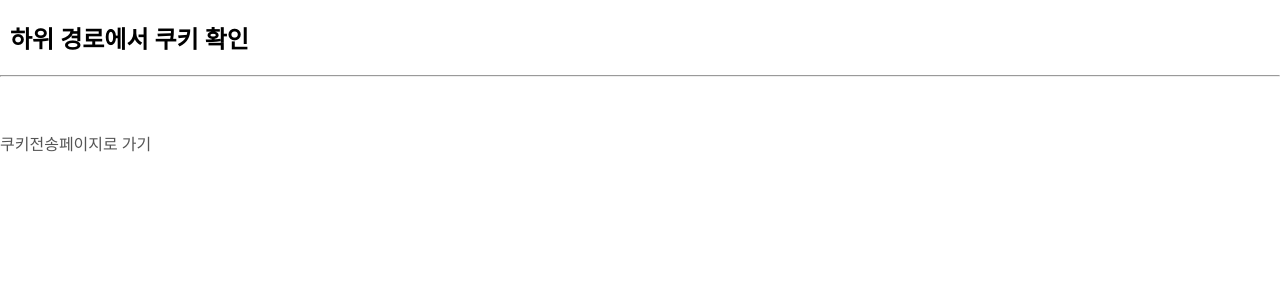
Repository: hyunh84/jsp_study
Page: http://localhost/Day07/dw/j04_dw04.jsp
The author's editor kept a copy of each file at every save. The page is drawn from the files as they stood at one save, then again after the next save.
The browser window is 1280 px wide. The pictures show the whole page.
The page is served by Tomcat 9. Other server files are loaded and not shown.

Above is the page before, as saved 2015-10-10 02:43:37.

### MyWorks/Day07/WebContent/dw/j04_dw04.jsp
<%@ page language="java" contentType="text/html; charset=utf-8"
    pageEncoding="utf-8"%>
<!DOCTYPE html>
<html>
<head>
<meta charset="utf-8">
<title>Insert title here</title>
<style type="text/css">
	* {margin:0; padding:0;}
	a {color:#555; text-decoration:none;}
	a:hover {color:blue; text-decoration:underline;}
	h2 {padding:20px 10px;}
	table {border-collapse:collapse; }
	table th {padding:5px; border:1px solid #777;}
	table td {padding:5px; border:1px solid #777;}
</style>
</head>
<body>
	<h2>하위 경로에서 쿠키 확인</h2>
	<hr />

	<%

		 Cookie[] cks = request.getCookies();

		String res = "";

		if(cks != null) {

			for(Cookie each: cks) {

				res += each.getName() + ", " + each.getValue() + "<br />";

			}

		}

	%>

	<%=res %>
	<br /><br /><br />

	<a href="/Day07/j04_up01.jsp">쿠키전송페이지로 가기</a>













</body>
</html>

After the next save:
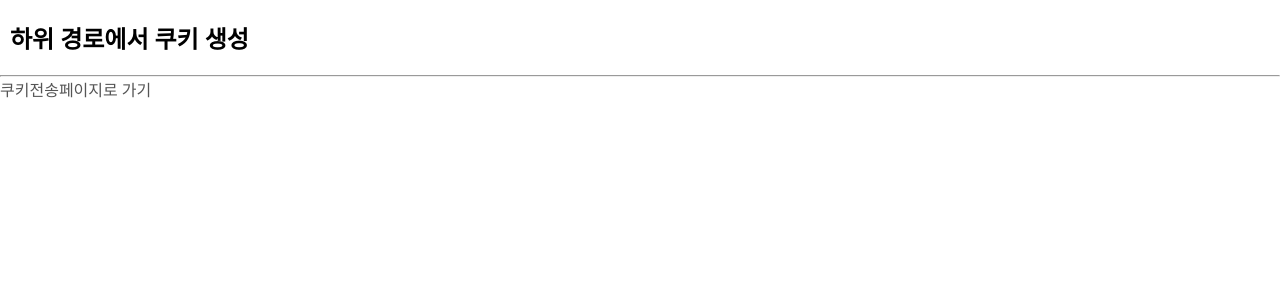
Saved 5 min 36 s later.
--- a/MyWorks/Day07/WebContent/dw/j04_dw04.jsp
+++ b/MyWorks/Day07/WebContent/dw/j04_dw04.jsp
@@ -16,29 +16,14 @@
 </style>
 </head>
 <body>
-	<h2>하위 경로에서 쿠키 확인</h2>
+	<h2>하위 경로에서 쿠키 생성</h2>
 	<hr />
 
 	<%
 
-		 Cookie[] cks = request.getCookies();
-
-		String res = "";
-
-		if(cks != null) {
-
-			for(Cookie each: cks) {
-
-				res += each.getName() + ", " + each.getValue() + "<br />";
-
-			}
-
-		}
 
 	%>
 
-	<%=res %>
-	<br /><br /><br />
 
 	<a href="/Day07/j04_up01.jsp">쿠키전송페이지로 가기</a>
 
